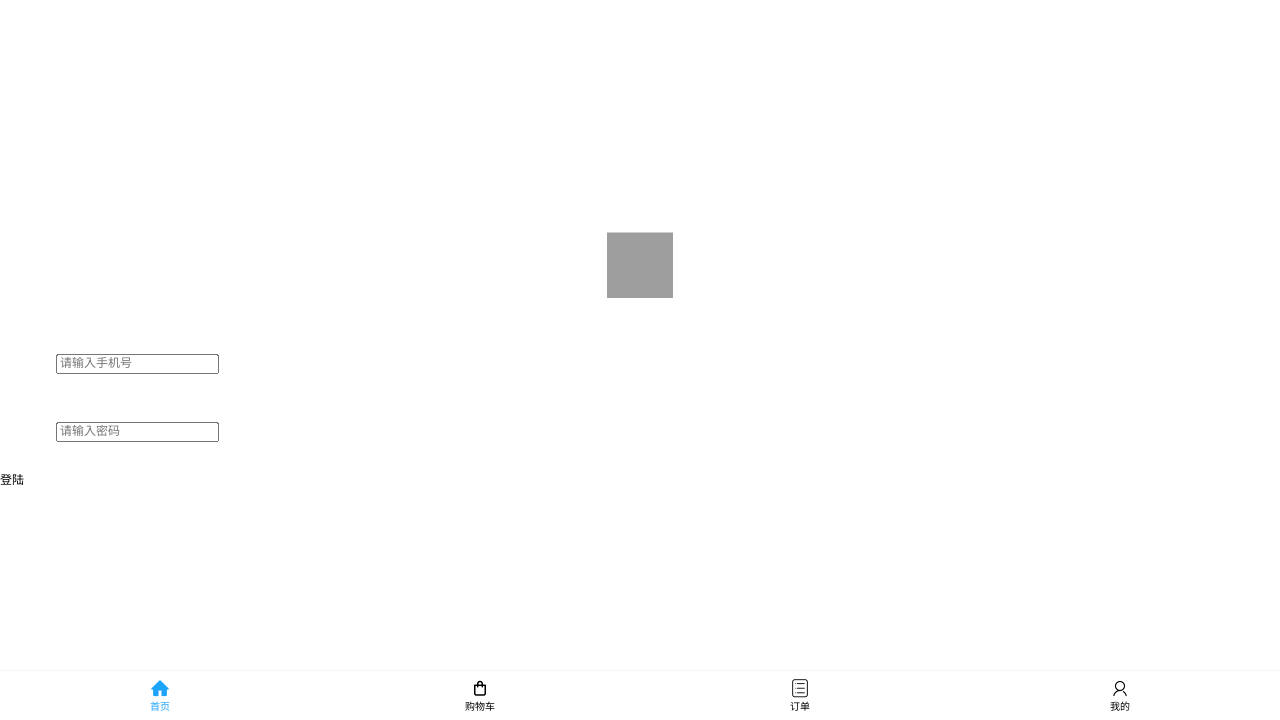
Repository: nestzero/mallapp
Page: /#/login
These files come from the project's save history. The page is drawn as it stood at one moment and after the next save; the edit follows.
The browser window is 1280 px wide. The pictures show the whole page.
Pictures or frames that could not be fetched are drawn as grey boxes. The project was rebuilt for these pictures with package versions that can differ from the ones it lists, and the page was loaded fresh each time. Also part of the build but not shown: vue.config.js.

Above is the page before, as saved 2022-03-07 22:38:09.

After the next save:
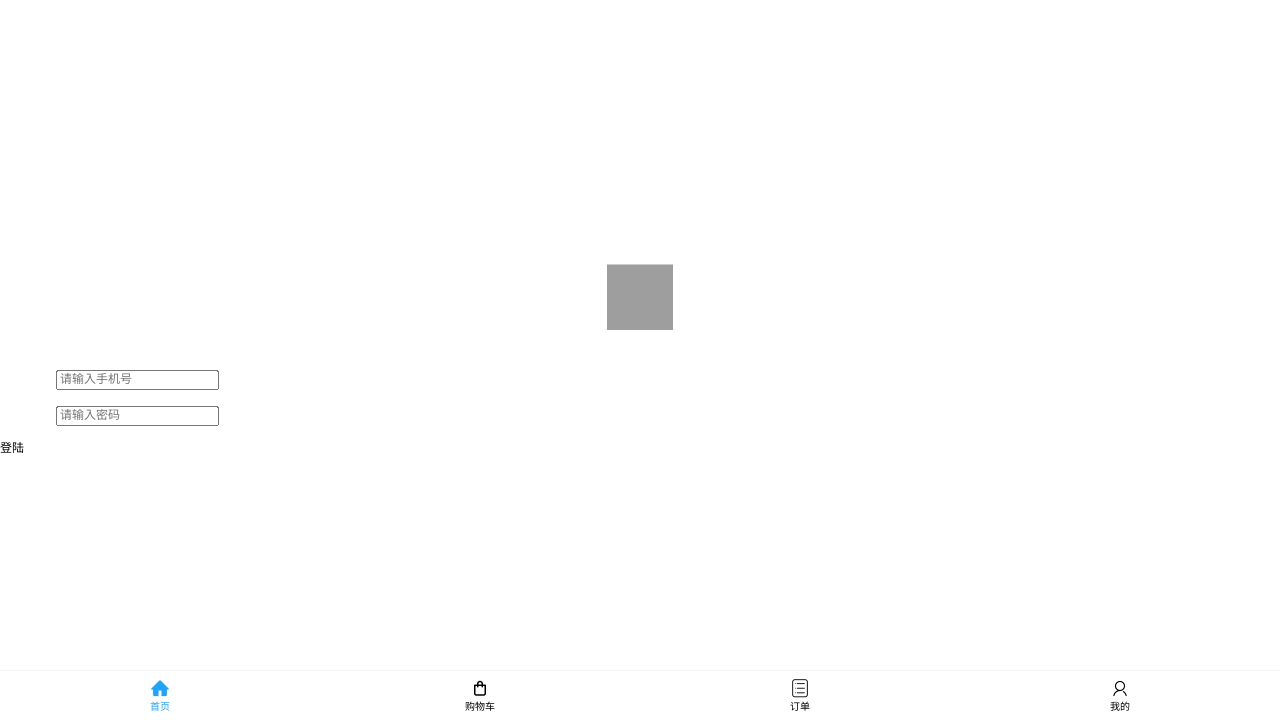
Saved 6 s later.
--- a/src/components/content/login/Login.vue
+++ b/src/components/content/login/Login.vue
@@ -40,7 +40,7 @@ export default {};
 
     margin: 0 .4rem .16rem .4rem;
 
-    padding: .16rem;
+    padding: 0 .16rem;
   }
 }
 </style>
